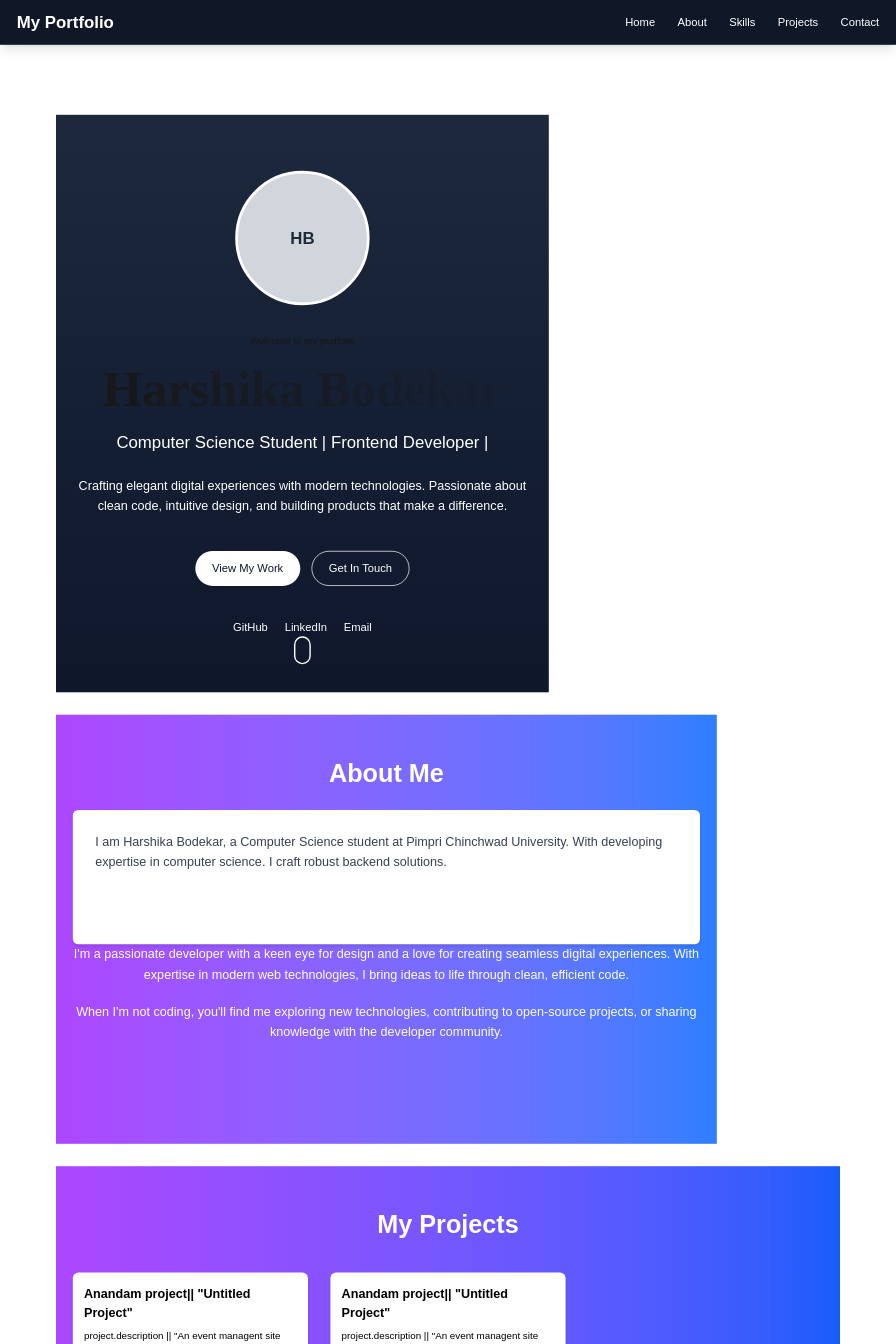
Repository: harshikabodekar/portfolio_awp
Page: /
The author's editor kept a copy of each file at every save. The page is drawn from the files as they stood at one save, then again after the next save.
The browser window is 1280 px wide. The pictures show the part of the page from y = 0 to 1920 px (the page is 3046 px tall), at 70% of full size.
The project was rebuilt for these pictures with package versions that can differ from the ones it lists, and the page was loaded fresh each time. The framework's server and built-in components were replaced by stand-ins that run in the browser. Also part of the build but not shown: next.config.mjs.

Above is the page before, as saved 2025-10-15 19:40:22.

### src/app/layout.js
import "./globals.css";

export const metadata = {
  title: "AWP Portfolio",
  description: "Personal portfolio",
};

export default function RootLayout({ children }) {
  return (
    <html lang="en">
      <body className="antialiased">
        {children}
      </body>
    </html>
  );
}

### src/app/page.js
//import Image from "next/image";
import Navbar from "./components/Navbar";
import React from "react";
import Projects from "./components/Project";
import About from "./components/About";
import Contact from "./components/Contact";
import Hero from "./components/Hero";
import ProjectCard from "./components/ProjectCard";

export default function Home() {
  return (
    <div className="font-sans grid grid-rows-[20px_1fr_20px] items-center justify-items-center min-h-screen p-8 pb-20 gap-16 sm:p-20">
      <main className="flex flex-col gap-[32px] row-start-2 items-center sm:items-start">
        <Navbar />
        <Hero />
        <About />
        <Projects />
        <Contact />
        <ProjectCard/>
      </main>
    </div>
  );
}

### src/app/components/Navbar.js
import React from 'react';

const Navbar = () => {
  return (
    <nav className="bg-gray-900 text-white py-4 px-6 fixed w-full top-0 left-0 z-50 shadow-lg">
      <div className="container mx-auto flex justify-between items-center">
        <h1 className="text-2xl font-bold">My Portfolio</h1>
        <ul className="flex space-x-8">
          <li><a href="#home" className="hover:text-blue-400 transition-colors">Home</a></li>
          <li><a href="#about" className="hover:text-blue-400 transition-colors">About</a></li>
          <li><a href="#skills" className="hover:text-blue-400 transition-colors">Skills</a></li>
          <li><a href="#projects" className="hover:text-blue-400 transition-colors">Projects</a></li>
          <li><a href="#contact" className="hover:text-blue-400 transition-colors">Contact</a></li>
        </ul>
      </div>
    </nav>
  );
};

export default Navbar;

### src/app/components/Project.js
import React from 'react';
import ProjectCard from './ProjectCard';
import { projectsData } from '../data/projects';

const Projects = () => {
  return (
    <section id="projects" className="py-20 px-6 bg-gradient-to-r from-purple-500 to-blue-600 text-white pt-16">
      <div className="container mx-auto max-w-6xl">
        <h2 className="text-4xl font-bold text-center text-white mb-12">My Projects</h2>

        <div className="grid md:grid-cols-2 lg:grid-cols-3 gap-8">
          {projectsData.map((project) => (
            <ProjectCard key={project.id} project={project} />
          ))}
        </div>
      </div>
    </section>
  );
};

export default Projects;

### src/app/components/About.js
import React from 'react';

const About = () => {
  return (
     <section id="about" className="py-20 px-6 bg-gradient-to-r from-purple-500 to-blue-500 text-white pt-16">
      <div className="container mx-auto max-w-4xl">
        <h2 className="text-4xl font-bold text-center mb-8">About Me</h2>
        <div className="bg-white p-8 rounded-lg shadow-md">
          <p className="text-lg text-gray-700 mb-4">
            I am Harshika Bodekar, a Computer Science student at Pimpri Chinchwad University.
            With developing expertise in computer science.
            I craft robust backend solutions.
          </p>
          <p className="text-lg text-white">
            My journey is driven by a passion for building scalable,
            efficient systems that power modern applications.
            I enjoy tackling complex challenges and exploring cutting-edge tech.
          </p>
        </div>
        <div className="mb-16 text-center">
            <p className="text-lg text-muted-foreground leading-relaxed mb-6">
              I'm a passionate developer with a keen eye for design and a love for creating
              seamless digital experiences. With expertise in modern web technologies, I bring
              ideas to life through clean, efficient code.
            </p>
            <p className="text-lg text-muted-foreground leading-relaxed">
              When I'm not coding, you'll find me exploring new technologies, contributing to
              open-source projects, or sharing knowledge with the developer community.
            </p>
          </div>
      </div>
    </section>
  );
};

export default About;

### src/app/components/Contact.js
const Contact = () => {
  const contactInfo = [
    { label: 'Email', value: 'your.email@example.com', href: 'mailto:your.email@example.com' },
    { label: 'Phone', value: '+1 (555) 123-4567', href: 'tel:+15551234567' },
    { label: 'Location', value: 'San Francisco, CA', href: '#' },
  ];

  const socialLinks = [
    { label: 'GitHub', href: 'https://github.com' },
    { label: 'LinkedIn', href: 'https://linkedin.com' },
    { label: 'Twitter', href: 'https://twitter.com' },
  ];

  return (
    <section id="contact" className="py-20 bg-gray-50 text-gray-900">
      <div className="container mx-auto px-4">
        <div className="max-w-4xl mx-auto">
          <h2 className="text-4xl md:text-5xl font-bold mb-6 text-center">Get In Touch</h2>
          <div className="w-20 h-1 bg-blue-500 mx-auto mb-12"></div>

          <p className="text-center text-lg mb-12 max-w-2xl mx-auto">
            I'm always open to discussing new projects, creative ideas, or opportunities to be part of your visions.
          </p>

          <div className="grid md:grid-cols-3 gap-6 mb-12">
            {contactInfo.map((info, index) => (
              <div key={index} className="bg-white p-6 rounded-lg shadow text-center">
                <h3 className="text-sm font-semibold mb-2">{info.label}</h3>
                <a href={info.href} className="text-blue-600 underline">{info.value}</a>
              </div>
            ))}
          </div>

          <div className="text-center">
            <div className="flex justify-center gap-4 mb-8">
              {socialLinks.map((s, i) => (
                <a key={i} href={s.href} target="_blank" rel="noreferrer" className="text-blue-600">{s.label}</a>
              ))}
            </div>

            <div className="text-center">
              <a href="mailto:your.email@example.com" className="inline-block px-6 py-3 bg-blue-600 text-white rounded-lg">Send Me an Email</a>
            </div>
          </div>
        </div>
      </div>
    </section>
  );
};

export default Contact;

### src/app/components/Hero.js
"use client";
import React from 'react';

const Hero = () => {
  return (
    <section id="home" className="relative min-h-screen flex items-center justify-center bg-gradient-to-b from-slate-800 to-slate-900 text-white">
      <div className="container mx-auto px-4 py-20 relative z-10">
        <div className="max-w-4xl mx-auto text-center animate-fade-in">
          <div className="mb-8 flex justify-center">
            <div className="w-48 h-48 rounded-full bg-gray-300 dark:bg-gray-600 border-4 border-white flex items-center justify-center text-2xl font-bold text-gray-800">HB</div>
          </div>

          <div className="inline-block mb-4 px-4 py-2 bg-gradient-primary rounded-full">
            <p className="text-sm font-medium text-foreground">Welcome to my portfolio</p>
          </div>

          <h1 className="text-5xl md:text-7xl font-bold mb-6 font-['Space_Grotesk'] bg-gradient-to-r from-foreground to-accent bg-clip-text text-transparent">
          Harshika Bodekar
          </h1>

          <p className="text-xl md:text-2xl text-muted-foreground mb-8 font-light">
            Computer Science Student | Frontend Developer |
          </p>

          <p className="text-lg text-muted-foreground mb-12 max-w-2xl mx-auto leading-relaxed">
            Crafting elegant digital experiences with modern technologies.
            Passionate about clean code, intuitive design, and building products that make a difference.
          </p>

          <div className="flex flex-wrap gap-4 justify-center mb-12">
            <button onClick={() => {}} className="px-6 py-3 bg-white text-slate-900 rounded-full font-medium">View My Work</button>
            <button onClick={() => {}} className="px-6 py-3 border border-white rounded-full">Get In Touch</button>
          </div>

          <div className="flex gap-6 justify-center">
            <a href="https://github.com" target="_blank" rel="noopener noreferrer" className="text-white">GitHub</a>
            <a href="https://linkedin.com" target="_blank" rel="noopener noreferrer" className="text-white">LinkedIn</a>
            <a href="mailto:your.email@example.com" className="text-white">Email</a>
          </div>
        </div>
      </div>

      <div className="absolute bottom-10 left-1/2 -translate-x-1/2 animate-float">
        <div className="w-6 h-10 border-2 border-accent rounded-full flex justify-center">
          <div className="w-1 h-3 bg-accent rounded-full mt-2 animate-pulse"></div>
        </div>
      </div>
    </section>
  );
};

export default Hero;

### src/app/components/ProjectCard.js
import React from 'react';

export default function ProjectCard({ project = {} }) {
  return (
    <article className="bg-white text-black rounded-lg p-4 shadow-md">
      <h3 className="font-semibold text-lg mb-2">Anandam project|| "Untitled Project"</h3>
      <p className="text-sm mb-4">project.description || "An event managent site that manages the event."</p>
      {project.link && (
        <a
          className="text-blue-600 underline"
          href={project.link}
          target="_blank"
          rel="noreferrer"
        >
          View
        </a>
      )}
    </article>
  );
}

### src/app/data/projects.js
export const projectsData = [
  {
    id: '1',
    title: 'Sample Project One',
    description: 'A short description of project one.',
    link: 'https://example.com',
  },
  {
    id: '2',
    title: 'Sample Project Two',
    description: 'A short description of project two.',
    link: 'https://example.com',
  },
];

Loaded but not shown: src/app/globals.css (common file)

After the next save:
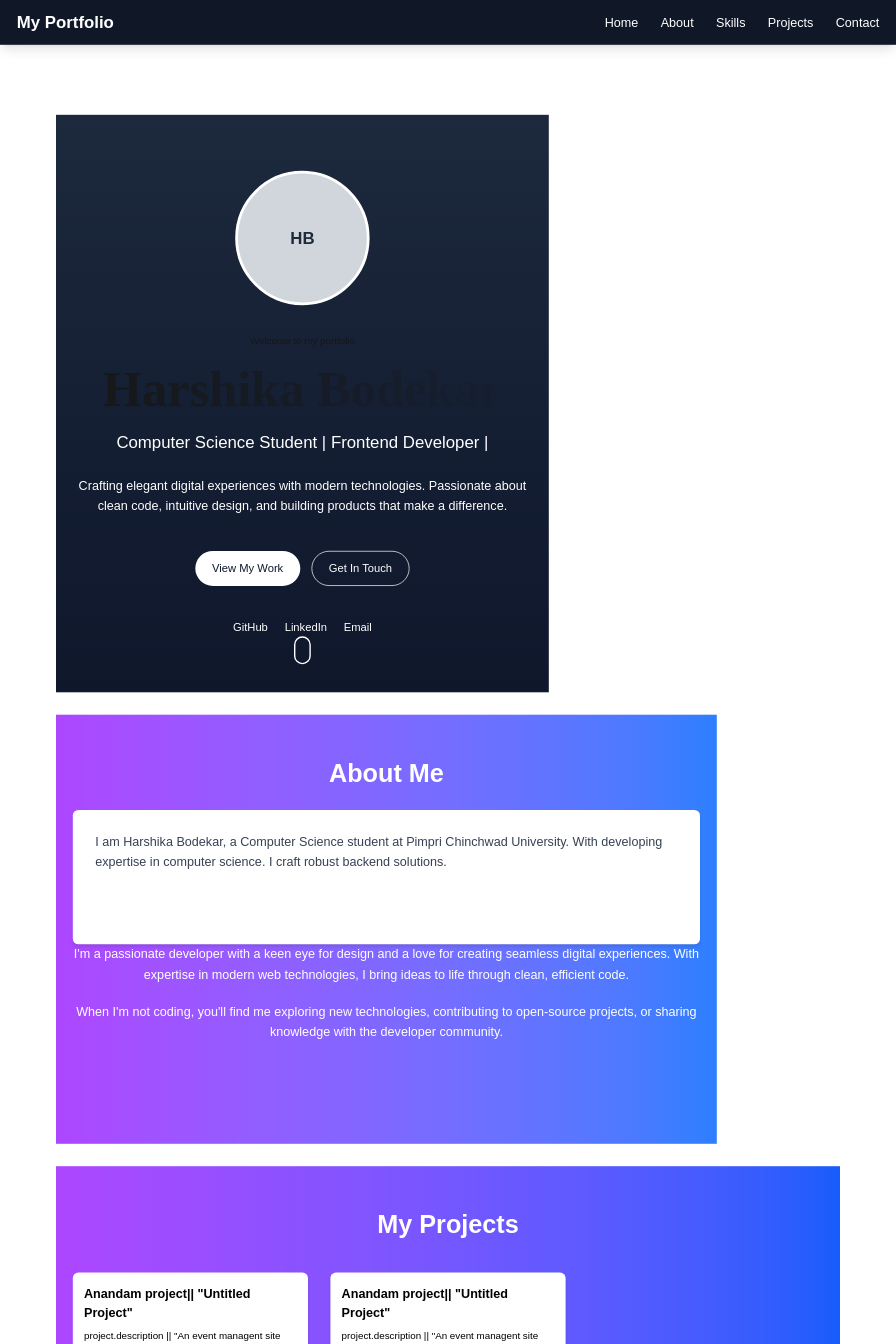
Saved 82 s later.
--- a/src/app/components/Navbar.js
+++ b/src/app/components/Navbar.js
@@ -5,7 +5,7 @@
     <nav className="bg-gray-900 text-white py-4 px-6 fixed w-full top-0 left-0 z-50 shadow-lg">
       <div className="container mx-auto flex justify-between items-center">
         <h1 className="text-2xl font-bold">My Portfolio</h1>
-        <ul className="flex space-x-8">
+        <ul className="flex space-x-8 text-lg">
           <li><a href="#home" className="hover:text-blue-400 transition-colors">Home</a></li>
           <li><a href="#about" className="hover:text-blue-400 transition-colors">About</a></li>
           <li><a href="#skills" className="hover:text-blue-400 transition-colors">Skills</a></li>

After the 2 saves that followed:
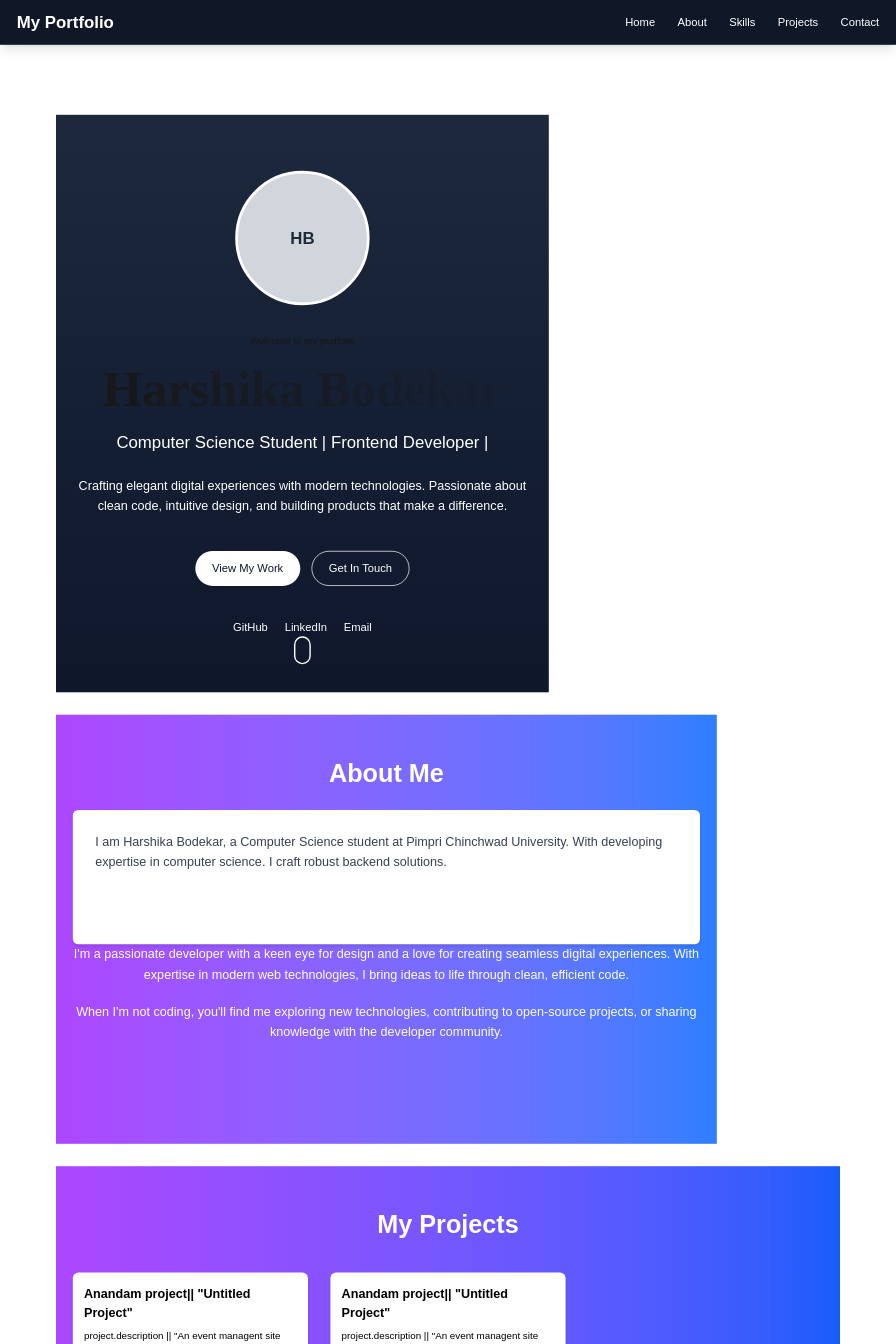
The 2 saves are shown as one change because they came seconds apart.
The last was saved 34 s later.
--- a/src/app/components/Navbar.js
+++ b/src/app/components/Navbar.js
@@ -5,7 +5,7 @@
     <nav className="bg-gray-900 text-white py-4 px-6 fixed w-full top-0 left-0 z-50 shadow-lg">
       <div className="container mx-auto flex justify-between items-center">
         <h1 className="text-2xl font-bold">My Portfolio</h1>
-        <ul className="flex space-x-8 text-lg">
+        <ul className="flex space-x-8 text-2x">
           <li><a href="#home" className="hover:text-blue-400 transition-colors">Home</a></li>
           <li><a href="#about" className="hover:text-blue-400 transition-colors">About</a></li>
           <li><a href="#skills" className="hover:text-blue-400 transition-colors">Skills</a></li>
